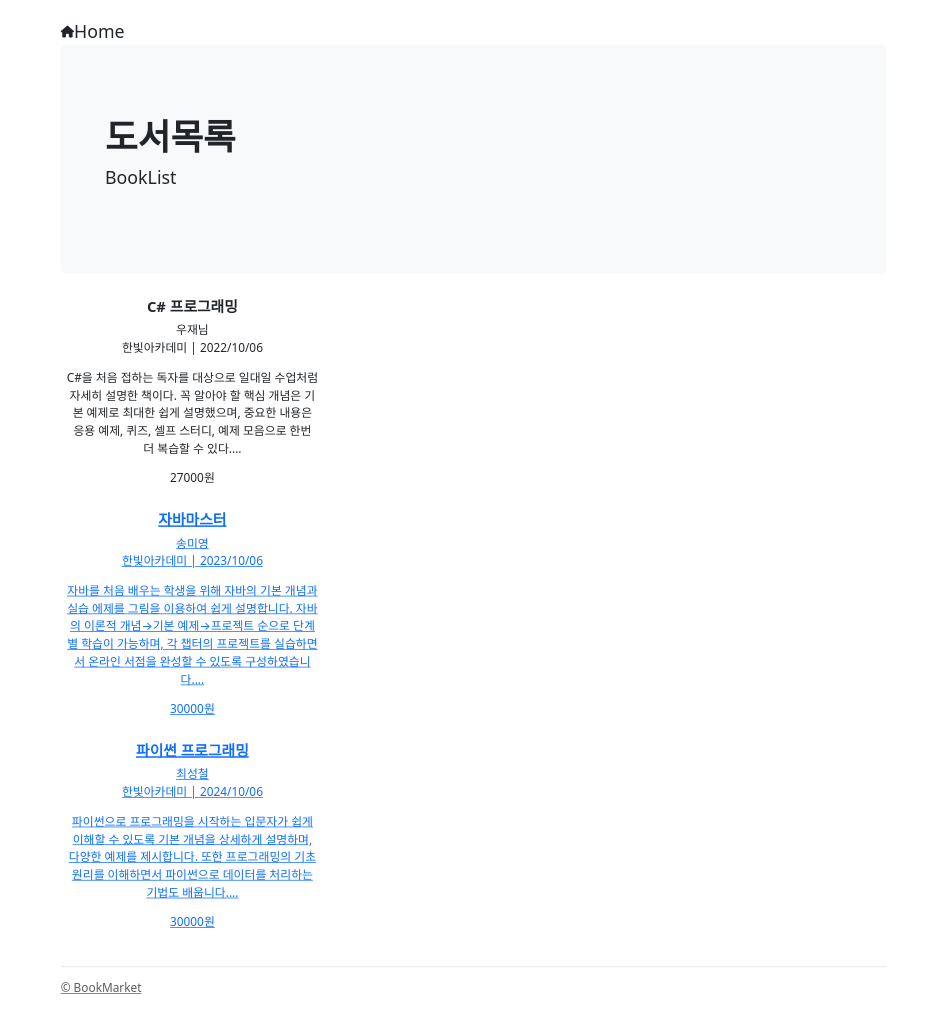
Repository: byeolchorong/ITedunet
Page: http://localhost/BookMarket/books.jsp
The author's editor kept a copy of each file at every save. The page is drawn from the files as they stood at one save, then again after the next save.
The browser window is 1280 px wide. The pictures show the whole page, at 74% of full size.
Some web libraries are served in a nearby version. The page is served by Tomcat 9. Nobody is signed in. The application's start-up code is not run. Other server files are loaded and not shown.

Above is the page before, as saved 2025-05-26 01:34:14.

### JSP/BookMarket/src/main/webapp/books.jsp
<%@ page language="java" contentType="text/html; charset=UTF-8"
    pageEncoding="UTF-8"%>
<%@ page import="java.util.ArrayList" %>
<%@ page import="dto.Book" %>
<jsp:useBean id="bookDAO" class="dto.BookRepository" scope="session" />
<!DOCTYPE html>
<html>
<head>
<link href="https://cdn.jsdelivr.net/npm/bootstrap@5.3.6/dist/css/bootstrap.min.css" rel="stylesheet">
<script src="https://kit.fontawesome.com/705381df09.js" crossorigin="anonymous"></script>
<meta charset="UTF-8">
<title>Insert title here</title>
</head>
<body>
<div class="container py-4">
	<%@ include file="menu.jsp" %>

	<div class="p-5 mb-4 bg-body-tertiary rounded-3">
		<div class="container-fluid py-5">
			<h1 class="display-5 fw-bold">도서목록</h1>
			<p class="col-md-8 fs-4">BookList</p>
		</div>
	</div>
	<%
		ArrayList<Book> listOfBooks=bookDAO.getAllBooks();
	%>

	<div class="row align-items-md-stretch text-center">
	<%
		for(int i = 0; i < listOfBooks.size(); i++) {
			Book book = listOfBooks.get(i);
	%>
		<div class="col-md-4">
			<div class="h-100 p-2">
				<h5><b><%=book.getName() %></b></h5>
				<p> <%=book.getAuthor() %>
				<br><%=book.getPublisher() %> | <%=book.getReleaseDate() %>
				<p><%=book.getDescrption() %>...
				<p><%=book.getUnitPrice() %>원
				<p> <a href="./book.jsp?id=<%=book.getBookId() %>" </a>
			</div>
		</div>
		<%
		}
		%>
	</div>
	<%@ include file="footer.jsp" %>
</div>
</body>
</html>

### JSP/BookMarket/src/main/webapp/menu.jsp
<%@ page language="java" contentType="text/html; charset=UTF-8"
    pageEncoding="UTF-8"%>
<link href="https://cdn.jsdelivr.net/npm/bootstrap@5.3.6/dist/css/bootstrap.min.css" rel="stylesheet">
<script src="https://kit.fontawesome.com/705381df09.js" crossorigin="anonymous"></script>

	<header>
		<a href="./welcome.jsp" class="d-flex align-items-center text-dark text-decoration-none">
			<i class="fa-solid fa-house"></i>
			<span class="fs-4">Home</span>
		</a>
	</header>

### JSP/BookMarket/src/main/webapp/footer.jsp
<%@ page language="java" contentType="text/html; charset=UTF-8"
    pageEncoding="UTF-8"%>

	<footer class="pt-3 mt-4 text-body-secondary border-top">
		&copy; BookMarket
	</footer>

### JSP/BookMarket/src/main/java/dto/BookRepository.java
package dto;

import java.util.ArrayList;

public class BookRepository {
	private ArrayList<Book> listOfBooks = new ArrayList<Book>();

	public BookRepository() {
		Book book1 = new Book("ISBN1234","C# 프로그래밍",27000);
		book1.setAuthor("우재님");
		book1.setDescrption("C#을 처음 접하는 독자를 대상으로 일대일 수업처럼 자세히 설명한 책이다. 꼭 알아야 할 핵심 개념은 기본 예제로 최대한 쉽게 설명했으며, 중요한 내용은 응용 예제, 퀴즈, 셀프 스터디, 예제 모음으로 한번 더 복습할 수 있다.");
		book1.setPublisher("한빛아카데미");
		book1.setCategory("IT모바일");
		book1.setUnitsInStock(1000);
		book1.setReleaseDate("2022/10/06");

		Book book2 = new Book("ISBN1235","자바마스터",30000);
		book2.setAuthor("송미영");
		book2.setDescrption("자바를 처음 배우는 학생을 위해 자바의 기본 개념과 실습 에제를 그림을 이용하여 쉽게 설명합니다. 자바의 이론적 개념→기본 예제→프로젝트 순으로 단계별 학습이 가능하며, 각 챕터의 프로젝트를 실습하면서 온라인 서점을 완성할 수 있도록 구성하였습니다.");
		book2.setPublisher("한빛아카데미");
		book2.setCategory("IT모바일");
		book2.setUnitsInStock(1000);
		book2.setReleaseDate("2023/10/06");

		Book book3 = new Book("ISBN1236","파이썬 프로그래밍",30000);
		book3.setAuthor("최성철");
		book3.setDescrption("파이썬으로 프로그래밍을 시작하는 입문자가 쉽게 이해할 수 있도록 기본 개념을 상세하게 설명하며, 다양한 예제를 제시합니다. 또한 프로그래밍의 기초 원리를 이해하면서 파이썬으로 데이터를 처리하는 기법도 배웁니다.");
		book3.setPublisher("한빛아카데미");
		book3.setCategory("IT모바일");
		book3.setUnitsInStock(1000);
		book3.setReleaseDate("2024/10/06");

		listOfBooks.add(book1);
		listOfBooks.add(book2);
		listOfBooks.add(book3);

	}

	public ArrayList<Book> getAllBooks() {
		return listOfBooks;
	}

	public Book getBookById(String bookId) {
		Book bookById = null;

		for (int i=0; i<listOfBooks.size(); i++) {
			Book book = listOfBooks.get(i);
			if (book != null && book.getBookId()!=null && book.getBookId().equals(bookId)) {
				bookById=book;
				break;
			}
		}
		return bookById;
	}
}

### JSP/BookMarket/src/main/java/dto/Book.java
package dto;

public class Book {
	private String bookId;
	private String name;
	private int unitPrice;
	private String author;
	private String descrption;
	private String publisher;
	private String category;
	private long unitsInStock;
	private String releaseDate;
	private String condition;

	public Book() {
		super();
	}

	public Book(String bookId, String name, Integer unitPrice) {
		this.bookId=bookId;
		this.name=name;
		this.unitPrice=unitPrice;
	}

	public String getBookId() {
		return bookId;
	}

	public void setBookId(String bookId) {
		this.bookId = bookId;
	}

	public String getName() {
		return name;
	}

	public void setName(String name) {
		this.name = name;
	}

	public int getUnitPrice() {
		return unitPrice;
	}

	public void setUnitPrice(int unitPrice) {
		this.unitPrice = unitPrice;
	}

	public String getAuthor() {
		return author;
	}

	public void setAuthor(String author) {
		this.author = author;
	}

	public String getDescrption() {
		return descrption;
	}

	public void setDescrption(String descrption) {
		this.descrption = descrption;
	}

	public String getPublisher() {
		return publisher;
	}

	public void setPublisher(String publisher) {
		this.publisher = publisher;
	}

	public String getCategory() {
		return category;
	}

	public void setCategory(String category) {
		this.category = category;
	}

	public long getUnitsInStock() {
		return unitsInStock;
	}

	public void setUnitsInStock(long unitsInStock) {
		this.unitsInStock = unitsInStock;
	}

	public String getReleaseDate() {
		return releaseDate;
	}

	public void setReleaseDate(String releaseDate) {
		this.releaseDate = releaseDate;
	}

	public String getCondition() {
		return condition;
	}

	public void setCondition(String condition) {
		this.condition = condition;
	}



}

After the next save:
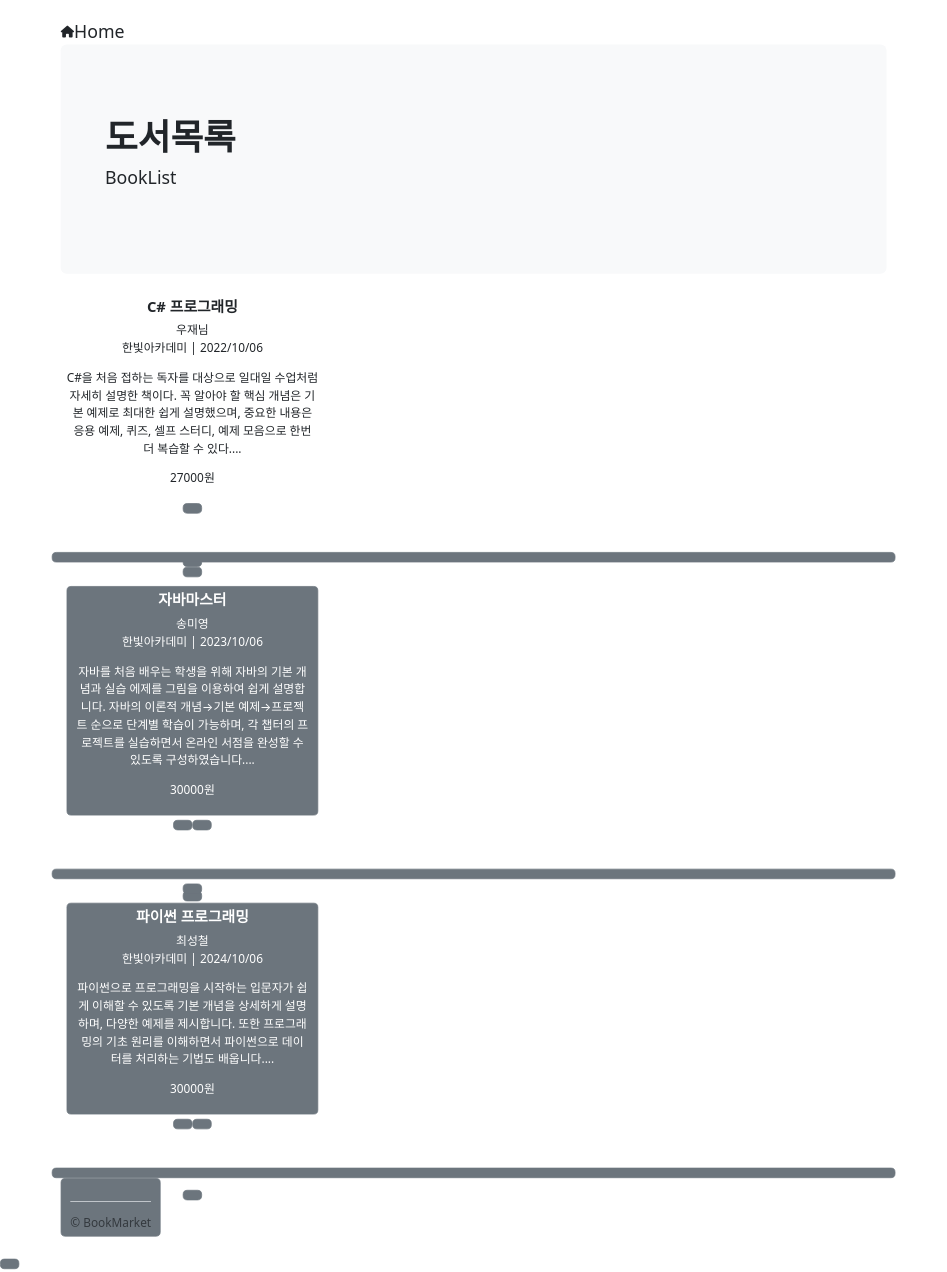
Saved 47 s later.
--- a/JSP/BookMarket/src/main/webapp/books.jsp
+++ b/JSP/BookMarket/src/main/webapp/books.jsp
@@ -37,7 +37,7 @@
 				<br><%=book.getPublisher() %> | <%=book.getReleaseDate() %>
 				<p><%=book.getDescrption() %>...
 				<p><%=book.getUnitPrice() %>원
-				<p> <a href="./book.jsp?id=<%=book.getBookId() %>" </a>
+				<p> <a href="./book.jsp?id=<%=book.getBookId() %>" class="btn btn-secondary" role="button"</a>
 			</div>
 		</div>
 		<%
